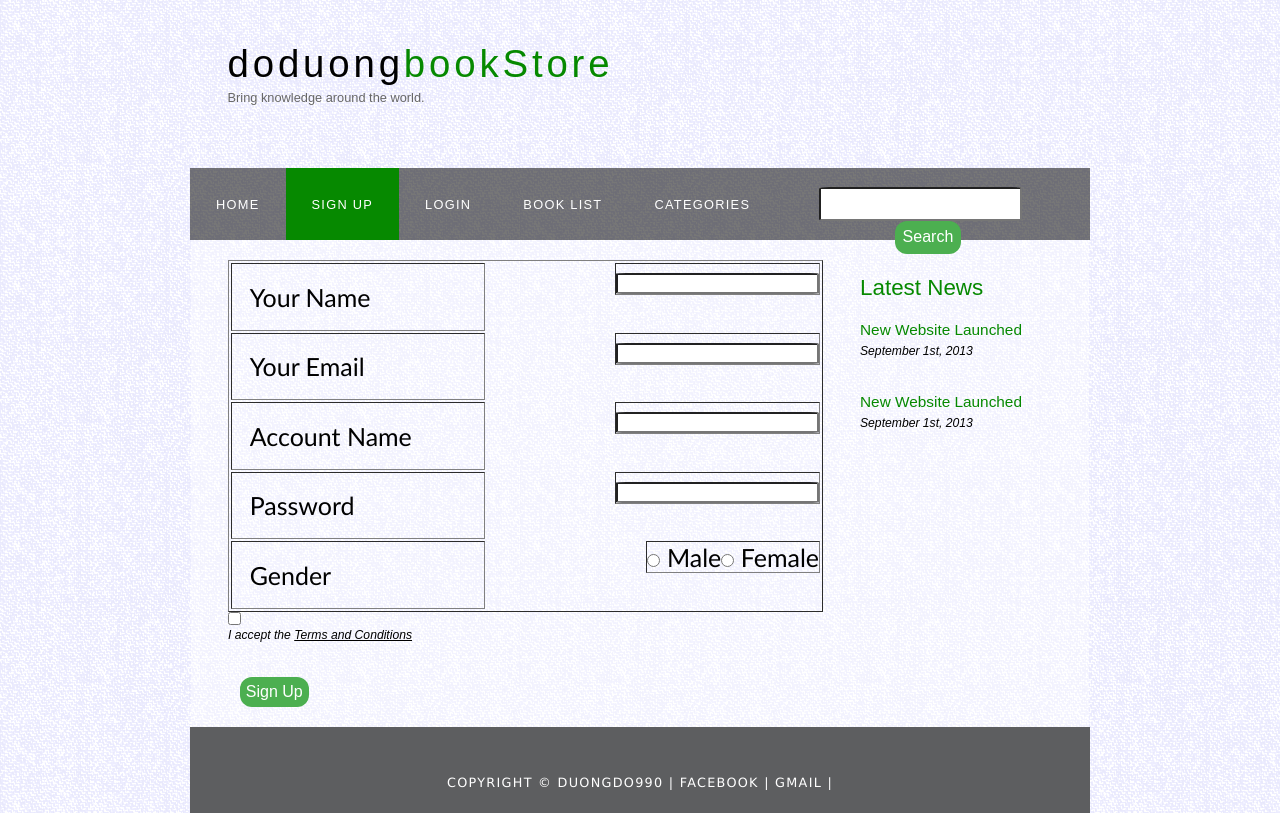
Repository: ngttuyen/JavaWeb
Page: http://localhost/MyWebsite/signup.jsp
These files come from the project's save history. The page is drawn as it stood at one moment and after the next save; the edit follows.
The browser window is 1280 px wide. The pictures show the whole page.
The page is served by Tomcat 9. Other server files are loaded and not shown.

Above is the page before, as saved 2019-06-01 12:53:02.

### MyWebsite/WebContent/signup.jsp
<%@page contentType="text/html" pageEncoding="utf-8"%>
<%@ include file="includes/head.jsp"%>
<body>
	<div id="main">
		<div id="header">
			<div id="logo">
				<div id="logo_text">
					<!-- class="logo_colour", allows you to change the colour of the text -->
					<h1>
						<a href="index.jsp">doduong<span class="logo_colour">bookStore</span></a>
					</h1>
					<h2>Bring knowledge around the world.</h2>
				</div>
			</div>
			<div id="menubar">
				<ul id="menu">
					<!-- put class="selected" in the li tag for the selected page - to highlight which page you're on -->
					<li><a href="index.jsp">Home</a></li>
					<li class="selected"><a href="signup.jsp">Sign Up</a></li>
					<li><a href="login.jsp">Login</a></li>
					<li><a href="book.jsp">Book List</a></li>
					<li><a href="categories.jsp">Categories</a></li>
				</ul>
				<form method="get" action="" id="searchForm">
					<input type="text" name="search" class="styled-input">
					<button class="button">Search</button>
				</form>
			</div>

		</div>
		<div id="site_content">
			<%@ include file="/includes/sidebar.jsp"%>
			<div id="content">
				<!-- -------------------------your code here---------------------- --->
				<form>
					<table border="1">
						<tr>
							<td><label>Your Name</label></td>
							<td class="right"><input type="text" name="name" class="styled-input"></td>
						</tr>
						<tr>
							<td><label>Your Email</label></td>
							<td class="right"><input type="text" name="email" class="styled-input"></td>
						</tr>
						<tr>
							<td><label>Account Name</label></td>
							<td class="right"><input type="text" name="id" class="styled-input"></td>
						</tr>
						<tr>
							<td><label>Password</label></td>
							<td class="right"><input type="password" name="pw" class="styled-input"></td>
						</tr>
						<tr>
							<td><label>Gender</label></td>
							<td class="right"><input class="gender-radio" type="radio" name="gender" value="male">
								Male<input class="gender-radio" type="radio" name="gender" value="female">
								Female</td>
						</tr>
					</table>
					<input type="checkbox" required name="terms"><h5>I accept the <u>Terms and Conditions</u></h5></p>
				</form>
				<button class="button">Sign Up</button>






				<!-- -------------------------your code here---------------------- --->
			</div>
		</div>
		<div id="footer">
			<!---footer here --->
			<%@ include file="/includes/footer.jsp"%>
		</div>
	</div>
</body>
</html>

### MyWebsite/WebContent/includes/head.jsp
<%@page contentType="text/html" pageEncoding="utf-8" %>
<!doctype html>
<html>

<head>
  <title>doduong's BookStore</title>
  <meta name="description" content="website description" />
  <meta name="keywords" content="website keywords, website keywords" />
  <meta http-equiv="content-type" content="text/html; charset=windows-1252" />
  <link rel="stylesheet"href="styles/style.css" title="style">
</head>

### MyWebsite/WebContent/includes/sidebar.jsp
<%@page contentType="text/html" pageEncoding="utf-8"%>
<div class="sidebar">
	<!-- insert your sidebar items here -->
	<h3>Latest News</h3>
	<h4>New Website Launched</h4>
	<h5>September 1st, 2013</h5>
	<p></p>
	<h4>New Website Launched</h4>
	<h5>September 1st, 2013</h5>
</div>

### MyWebsite/WebContent/includes/footer.jsp
<%@page contentType="text/html" pageEncoding="utf-8"%>
<div id="footer">
	Copyright &copy; duongdo990 | <a
		href="#">Facebook</a> | <a
		href="#">Gmail</a> |
</div>
</div>

### MyWebsite/WebContent/styles/style.css
html
{ height: 100%;}

*
{ margin: 0;
  padding: 0;}

body
{ font: normal .80em 'trebuchet ms', arial, sans-serif;
  background: #F0EFE2 url(../images/background.png) repeat;
  color: #777;}

p
{ padding: 0 0 20px 0;
  line-height: 1.7em;}

img
{ border: 0;}

h1, h2, h3, h4, h5, h6
{ font: normal 175% 'century gothic', arial, sans-serif;
  color: #068900;
  margin: 0 0 15px 0;
  padding: 15px 0 5px 0;}

h2
{ font: normal 175% 'century gothic', arial, sans-serif;
  color: #068900;}

h4, h5, h6
{ margin: 0;
  padding: 0 0 5px 0;
  font: normal 120% arial, sans-serif;
  color: #068900;}

h5, h6
{ font: italic 95% arial, sans-serif;
  padding: 0 0 15px 0;
  color: #000;}

h6
{ color: #362C20;}

a, a:hover
{ outline: none;
  text-decoration: underline;
  color: #FD5BFF;}

a:hover
{ text-decoration: none;}

.left
{ float: left;
  width: auto;
  margin-right: 10px;}

.right
{ float: right;
  width: auto;
  margin-left: 10px;}

.center
{ display: block;
  text-align: center;
  margin: 20px auto;}

blockquote
{ margin: 20px 0;
  padding: 10px 20px 0 20px;
  border: 1px solid #E5E5DB;
  background: #FFF;}

ul
{ margin: 2px 0 22px 17px;}

ul li
{ list-style-type: circle;
  margin: 0 0 6px 0;
  padding: 0 0 4px 5px;}

ol
{ margin: 8px 0 22px 20px;}

ol li
{ margin: 0 0 11px 0;}

#main, #logo, #menubar, #site_content, #footer
{ margin-left: auto;
  margin-right: auto;}

#header
{ height: 240px;}

#logo
{ width: 825px;
  position: relative;
  height: 168px;}

#logo #logo_text
{ position: absolute;
  top: 20px;
  left: 0;}

#logo h1, #logo h2
{ font: normal 300% 'century gothic', arial, sans-serif;
  border-bottom: 0;
  text-transform: none;
  margin: 0;}

#logo_text h1, #logo_text h1 a, #logo_text h1 a:hover
{ padding: 22px 0 0 0;
  color: #000;
  letter-spacing: 0.1em;
  text-decoration: none;}

#logo_text h1 a .logo_colour
{ color: #068900;}

#logo_text h2
{ font-size: 100%;
  padding: 4px 0 0 0;
  color: #676767;}

#menubar
{ width: 900px;
  height: 72px;
  padding: 0;
  background: transparent url(../images/transparent.png) repeat;}

ul#menu, ul#menu li
{ float: left;
  margin: 0;
  padding: 0;}

ul#menu li
{ list-style: none;}

ul#menu li a
{ letter-spacing: 0.1em;
  font: normal 100% arial, sans-serif;
  display: block;
  float: left;
  height: 37px;
  padding: 29px 26px 6px 26px;
  text-align: center;
  color: #FFF;
  text-transform: uppercase;
  text-decoration: none;
  background: transparent;}

ul#menu li a:hover, ul#menu li.selected a, ul#menu li.selected a:hover
{ color: #FFF;
  background: #068900;}

#site_content
{ width: 837px;
  overflow: hidden;
  margin: 0 auto 0 auto;
  padding: 20px 24px 20px 37px;
  background: transparent url(../images/transparent_light.png) repeat;}

.sidebar
{ float: right;
  width: 190px;
  padding: 0 15px 20px 15px;}

.sidebar ul
{ width: 178px;
  padding: 4px 0 0 0;
  margin: 4px 0 30px 0;}

.sidebar li
{ list-style: none;
  padding: 0 0 7px 0; }

.sidebar li a, .sidebar li a:hover
{ padding: 0 0 0 40px;
  display: block;
  background: transparent url(../images/link.png) no-repeat left center;}

.sidebar li a.selected
{ color: #444;
  text-decoration: none;}

#content
{ text-align: left;
  width: 595px;
  padding: 0;}

#content ul
{ margin: 2px 0 22px 0px;}

#content ul li
{ list-style-type: none;
  background: url(../images/bullet.png) no-repeat;
  margin: 0 0 6px 0;
  padding: 0 0 4px 25px;
  line-height: 1.5em;}

#footer
{ width: 900px;
  font: normal 100% 'lucida sans unicode', arial, sans-serif;
  height: 33px;
  padding: 24px 0 5px 0;
  text-align: center;
  background-color: #5d5e60;
  color: #FFF;
  text-transform: uppercase;
  letter-spacing: 0.1em;}

#footer a
{ color: #FFF;
  text-decoration: none;}

#footer a:hover
{ color: #FFF;
  text-decoration: underline;}

.search
{ color: #5D5D5D;
  border: 1px solid #BBB;
  width: 134px;
  padding: 4px;
  font: 100% arial, sans-serif;}

#colours
{ height: 0px;
  text-align: right;
  padding: 66px 16px 0px 300px;}
  /*-------------------------------------*/
.button {
  background-color: #4CAF50; /* Green */
  border: none;
  color: white;
  padding: 1% 1%;
  text-align: center;
  text-decoration: none;
  display: inline-block;
  font-size: 16px;
  border-radius: 12px;
  margin-left: 2%;
}
#searchForm{
  height: 37px;
  padding: 19px 26px 6px 10%;
  text-align: center;
  color: #FFF;
  text-transform: uppercase;
  text-decoration: none;
  background: transparent;
}
.styled-input {
	height: 80%;
	border-radius: 5%;
	font-size: 15px;
	border: 1% solid #068900;
	font-weigh: bold;
}
table{
	width: 100%;
	height: 100%;
	font-size: 25px;
	color: black;
}
td{
	padding: 3% 3% 3% 3%;
}
.right{
	padding: 0;
}

After the next save:
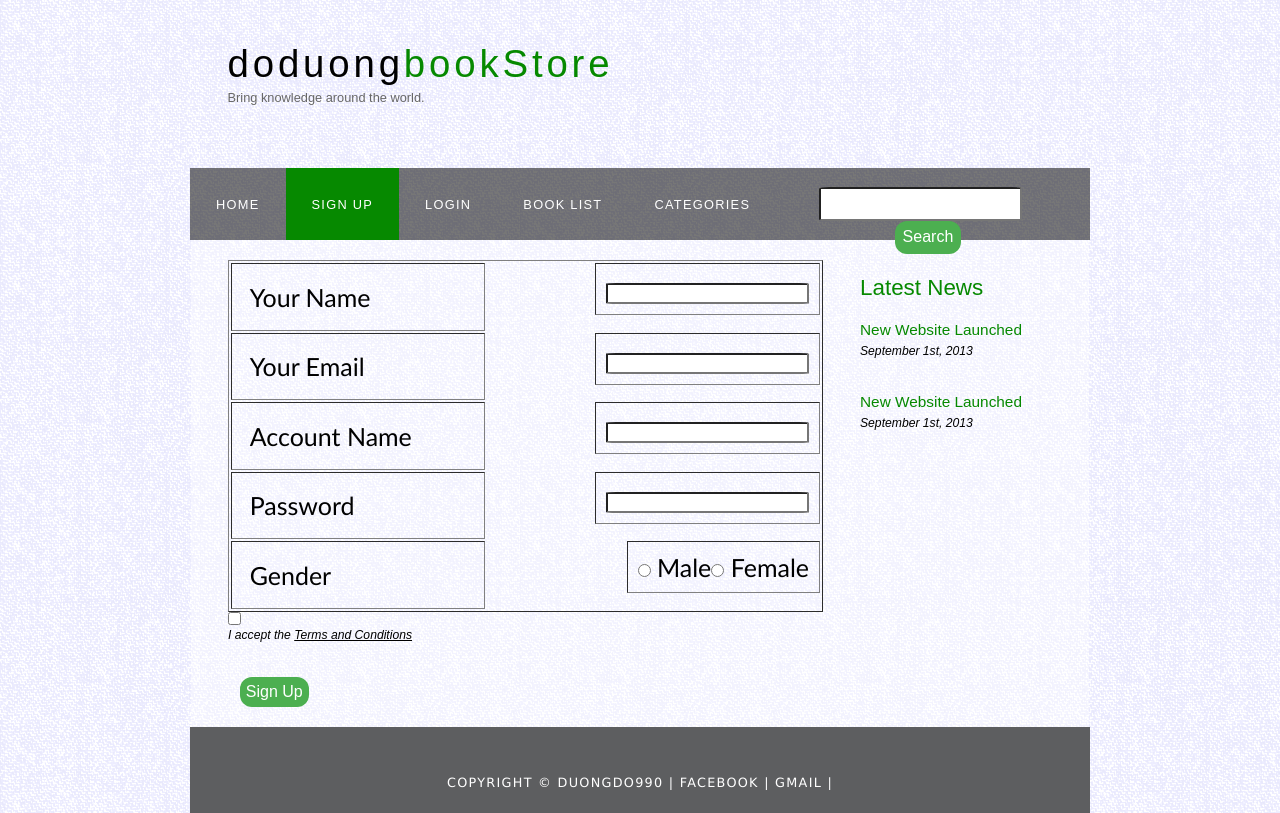
Saved 10 s later.
--- a/MyWebsite/WebContent/styles/style.css
+++ b/MyWebsite/WebContent/styles/style.css
@@ -265,6 +265,3 @@ table{
 td{
 	padding: 3% 3% 3% 3%;
 }
-.right{
-	padding: 0;
-}

After the 2 saves that followed:
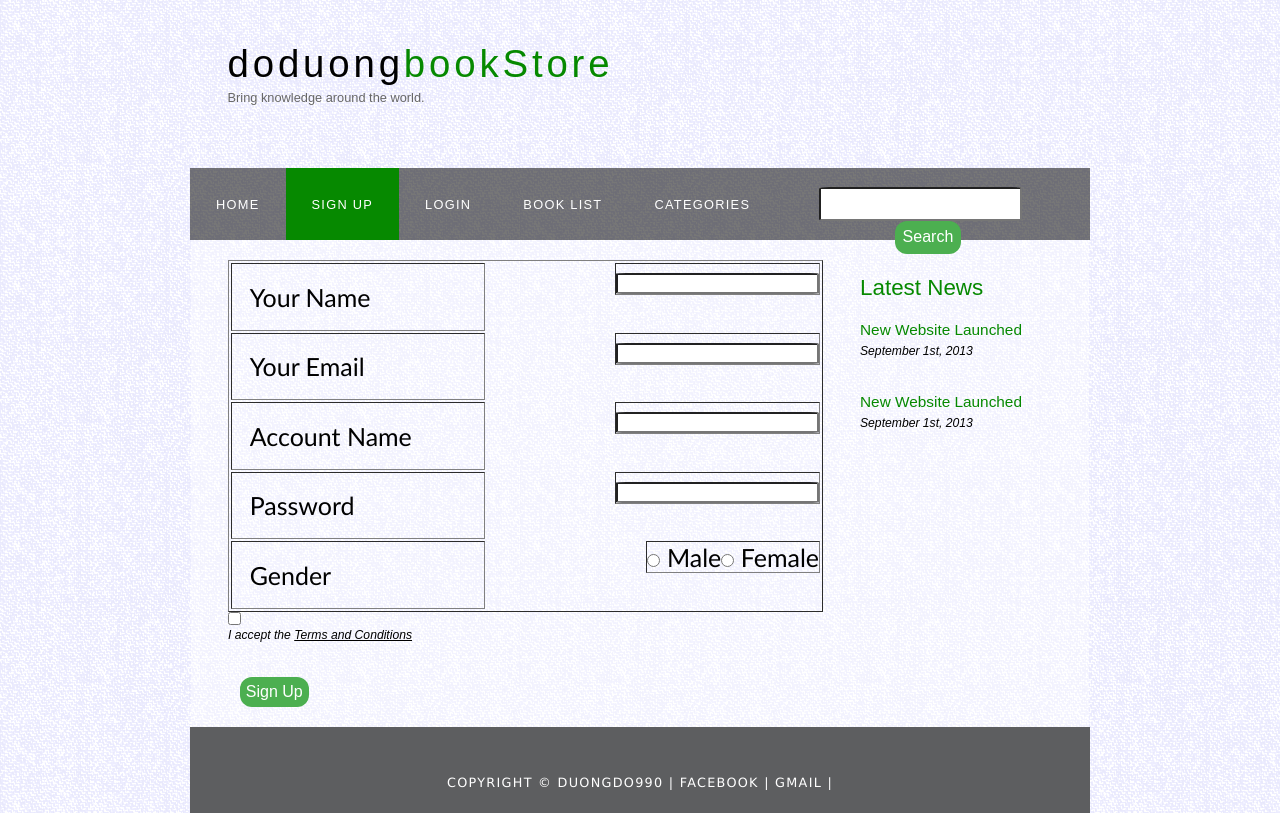
The 2 saves are shown as one change because they came seconds apart.
The last was saved 18 s later.
--- a/MyWebsite/WebContent/styles/style.css
+++ b/MyWebsite/WebContent/styles/style.css
@@ -265,3 +265,6 @@ table{
 td{
 	padding: 3% 3% 3% 3%;
 }
+.right{
+	padding: 0;
+}
